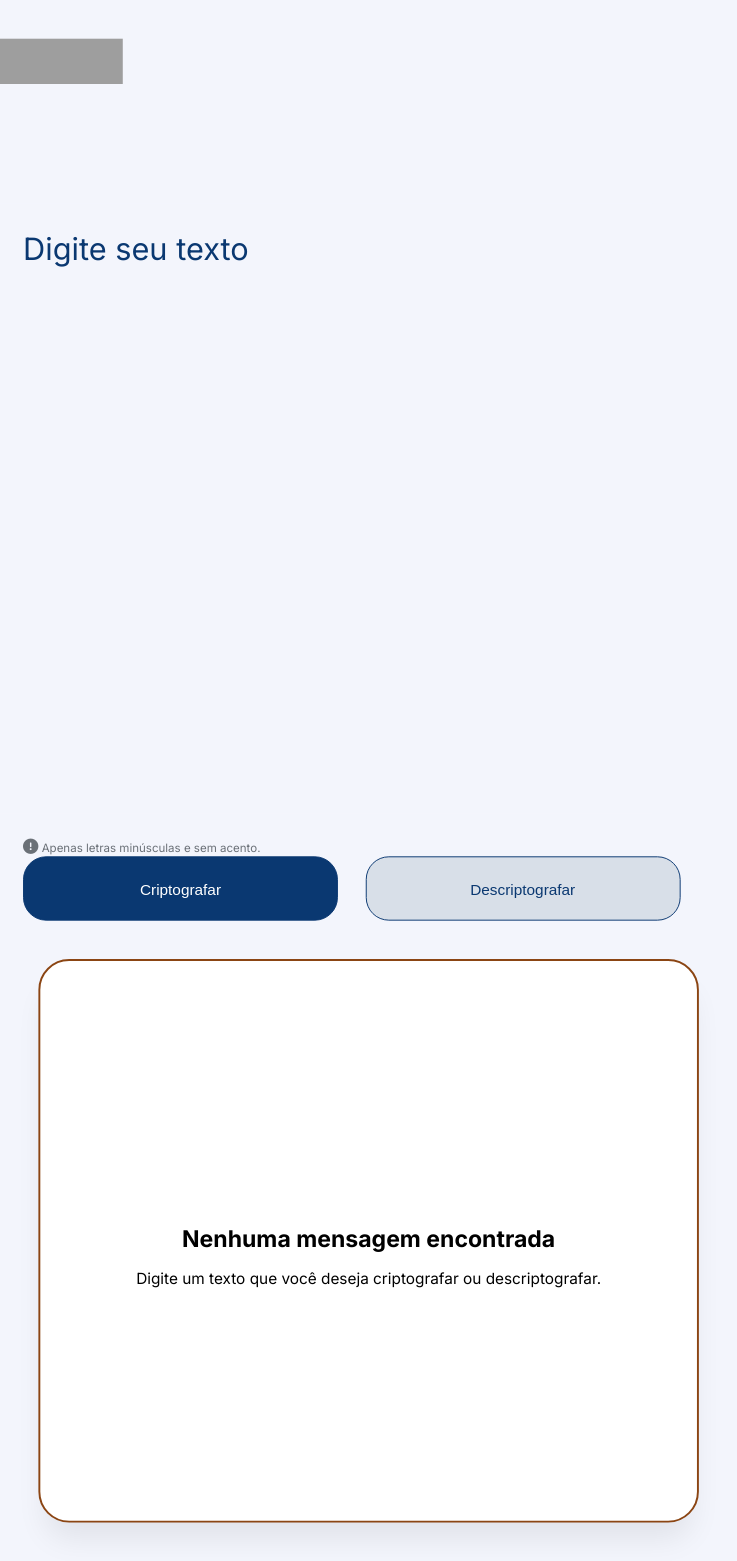
Repository: CarlosEduardoVdeOliveira/descodificador-de-texto
Page: index.html
These files come from the project's save history. The page is drawn as it stood at one moment and after the next save; the edit follows.
The browser window is 768 px wide. The pictures show the whole page, at 96% of full size.
Pictures or frames that could not be fetched are drawn as grey boxes.

Above is the page before, as saved 2023-04-13 08:20:46.

### index.html
<!DOCTYPE html>
<html lang="en">
<head>
   <meta charset="UTF-8">
   <link rel="preconnect" href="https://fonts.googleapis.com">
   <link rel="preconnect" href="https://fonts.gstatic.com" crossorigin>
   <meta http-equiv="X-UA-Compatible" content="IE=edge">
   <meta name="viewport" content="width=device-width, initial-scale=1.0">
   <link href="https://fonts.googleapis.com/css2?family=Inter:wght@400;700&display=swap" rel="stylesheet">
   <link rel="stylesheet" href="https://cdnjs.cloudflare.com/ajax/libs/font-awesome/6.4.0/css/all.min.css" integrity="sha512-iecdLmaskl7CVkqkXNQ/ZH/XLlvWZOJyj7Yy7tcenmpD1ypASozpmT/E0iPtmFIB46ZmdtAc9eNBvH0H/ZpiBw==" crossorigin="anonymous" referrerpolicy="no-referrer" />
   <link rel="stylesheet" href="/public/styles/reset.css">
   <link rel="stylesheet" href="/public/styles/index.css">
   <link rel="stylesheet" href="/public/styles/tablet.css">
   <title>Decodificador</title>
</head>
<body>
   <main>
      <img src="/public/images/imageLogo.png"
         alt="letra a da logo da escola de programação Alura">
      <div class="frist-area">
         <textarea class="textarea-input" placeholder="Digite seu texto" autofocus></textarea>
         <div class="info">
            <span>
               <i class="fa-solid fa-circle-exclamation"></i>
               Apenas letras minúsculas e sem acento.
            </span>
            <div>
               <button class="button-cryptography">Criptografar</button>
               <button class="button-decryption">Descriptografar</button>
            </div>
         </div>
      </div>
      <div class="text-cryption">
         <img src="/public/images/imageHighLight.svg" alt="">
         <div>
            <h2>Nenhuma mensagem encontrada</h2>
            <p>
               Digite um texto que você deseja criptografar ou descriptografar.
            </p>
         </div>
      </div>
   </main>
   <script src="/public/scripts/index.js"></script>
</body>
</html>

### public/styles/reset.css
:root{
   --light-gray: #D8DFE8;
   --gray-100: #CED4DA;
   --gray-200: #ADB5BD;
   --gray-300: #868E96;
   --gray-400: #495057;
   --gray-500: #343A40;
   --light-blue-100: #F3F5FC;
   --light-blue-200: #EFF1FA;
   --light-blue-300: #E9ECF8;
   --light-blue-400: #AAB2D5;
   --light-blue-500: #757FB2;
   --dark-blue-100: #609ED4;
   --dark-blue-200: #356EA9;
   --dark-blue-300: #0A3871;
   --dark-blue-400: #072B61;
   --dark-blue-500: #052051;
}
*{
   margin: 0;
   padding: 0;
   box-sizing: border-box;
}

html{
   font-family:  'Inter', sans-serif;
   font-size: 1rem;
}

### public/styles/index.css
/* header{
   width: 100%;
   height: 2.5rem;
} */
body{
   background-color: var(--light-blue-100);
}
img{
   width: 8rem;
   height: 3rem;
   margin-top: 2.5rem;
}
main {
   display: flex;
   justify-content: space-around;
   align-items: self-start;
   margin: 0 auto;
}
.frist-area{
   display: flex;
   flex-direction: column;
   margin-top: 7.5rem;
}
textarea.textarea-input{
   width: 42.5rem;
   height: 39.68rem;
   font-family: 'Inter';
   font-size: 32px;
   line-height: 150%;
   background-color: var(--light-blue-100);
   color: var(--dark-blue-300);
   border: none;
   resize: none;
   margin-bottom: 1.5rem;
   padding: 1.5rem;
}
textarea.textarea-input:focus{
   outline: 0;
}

textarea.textarea-input::placeholder{
   color: var(--dark-blue-300);
}

i{
   color: var(--gray-400);
   font-size: 1rem;
}
span{
   font-size: 12px;
   color: var(--gray-400);
   line-height: 150%;
   opacity: 0.8;
   margin-bottom: 1rem;
}
button{
   padding: 1.5rem;
   gap: .5rem;
   width: 328px;
   height: 67px;
   border-radius: 1.5rem;
   cursor: pointer;
   font-size: 1rem;
   line-height: 19px;
   border: 1px solid var(--dark-blue-300);
   transition: all .2s;
}
.button-cryptography{
   background-color: var(--dark-blue-300);
   color: white;
   margin-right: 1.5rem;
}
.button-cryptography:hover{
   background-color: var(--dark-blue-400);
}
.button-decryption{
   background: var(--light-gray);
   color: var(--dark-blue-300);
}
.button-decryption:hover{
   background-color: var(--light-blue-200);
}
.text-cryption{
   width: 25rem;
   margin: 2.5rem;
   padding: 15.188rem 2rem;
   text-align: center;
   background-color: white;
   /* shadow */
   box-shadow: 0px 24px 32px -8px rgba(0, 0, 0, 0.08);
   border-radius: 32px;
}
.text-cryption div{
   display: flex;
   flex-direction: column;

   margin-top: 2rem;
   padding: 0px;
   gap: 16px;
}
.text-cryption img{
   width: 21rem;
   height: 19rem;
}

.format-text-cryption{
   /* padding: 2rem;
   position: relative; */

}

.button-copy-cryption{
   background-color: white;
}
.button-copy-cryption:hover{
   background-color: var(--light-blue-200);
}

### public/styles/tablet.css
@media (max-width: 768px) {
   main{
      display: block;
   }
   .info{
      margin-left: 1.5rem;
   }
   .text-cryption{
      width: 43rem;
      border: 2px solid saddlebrown;
   }
   .text-cryption img{
      display: none;
   }
}

### public/scripts/index.js
const elementTextarea = document.querySelector("textarea.textarea-input");
const areaCryption = document.querySelector(".text-cryption");
const buttonCryptography = document.querySelector(".button-cryptography");
const buttonDecryption = document.querySelector(".button-decryption");


function alterTextCryptionArea(){
   areaCryption.classList.remove('text-cryption')
   areaCryption.innerHTML = `
      <p>${elementTextarea.value}</p>
      <button class="button-copy-cryption">Copiar</button>
   `;
}
/*
function copyText(){
   const text = document.querySelector("format-text-cryption")
   text.select();
   document.execCommand('copy');
} */
/* document.querySelector("button-copy-cryption").onclick = copyText */
buttonCryptography.onclick = alterTextCryptionArea
buttonDecryption.onclick = alterTextCryptionArea

After the next save:
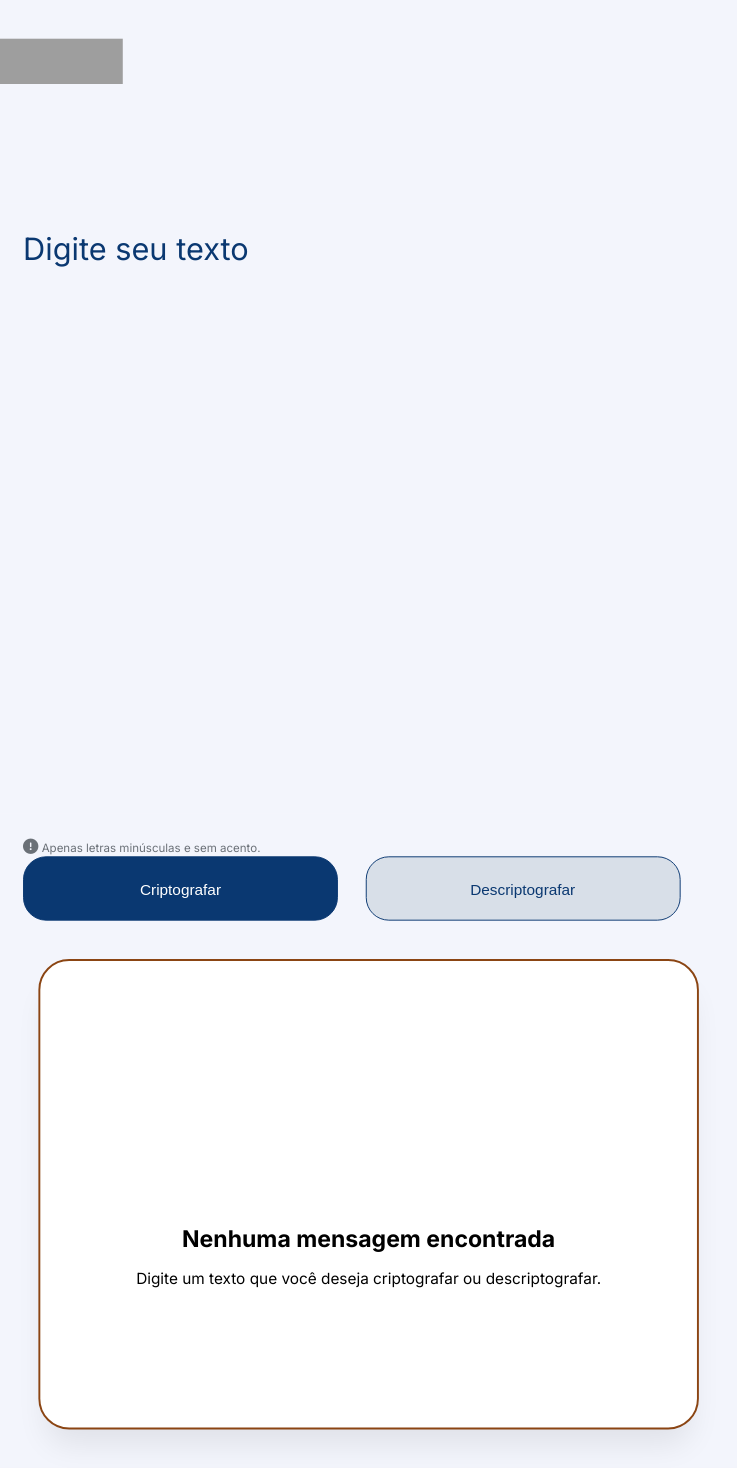
Saved 33 s later.
--- a/public/styles/tablet.css
+++ b/public/styles/tablet.css
@@ -7,6 +7,7 @@
    }
    .text-cryption{
       width: 43rem;
+      height: 8.313rem;
       border: 2px solid saddlebrown;
    }
    .text-cryption img{
